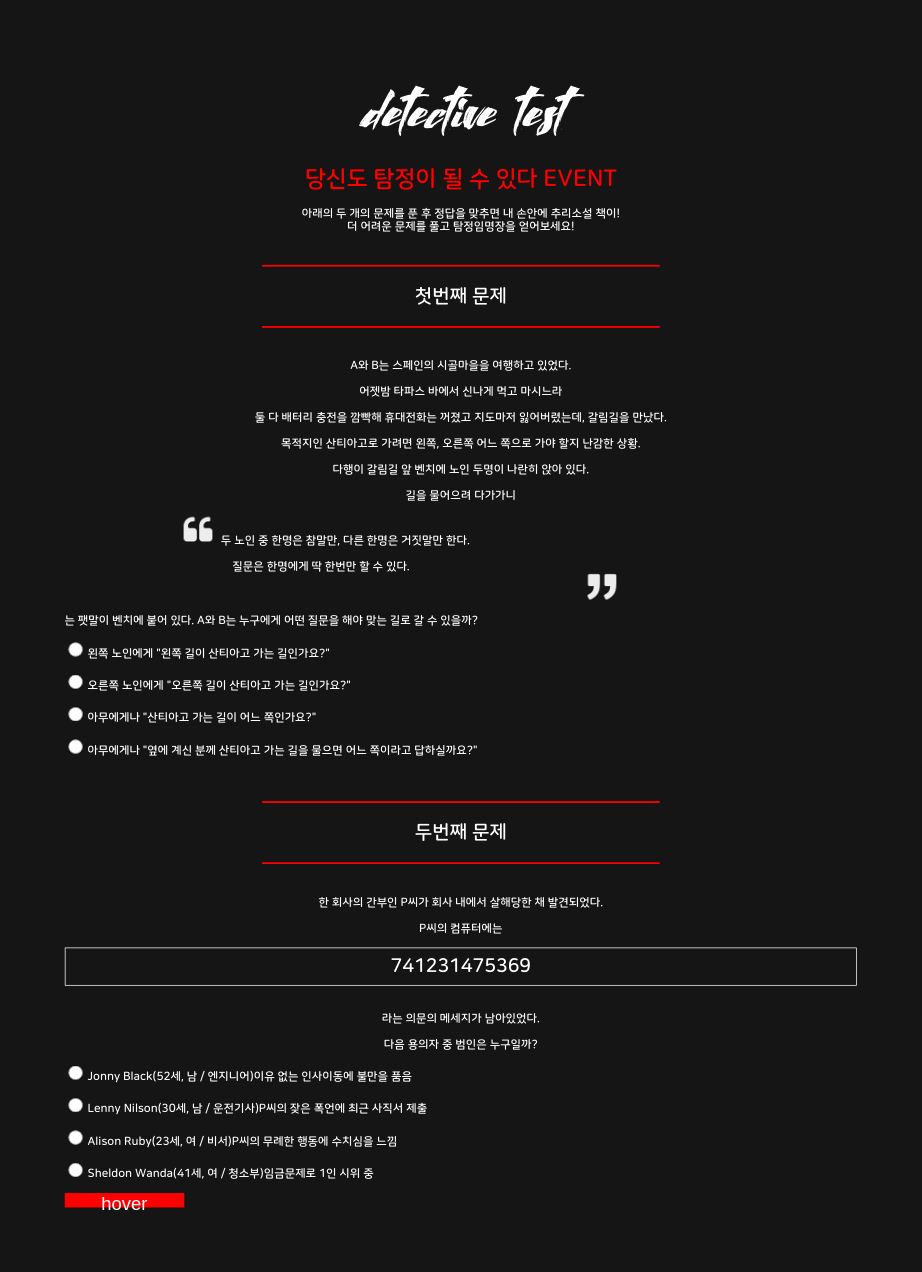
Repository: minkyung0421/Event_Project
Page: http://localhost/Event/quiz.jsp
The author's editor kept a copy of each file at every save. The page is drawn from the files as they stood at one save, then again after the next save.
The browser window is 1280 px wide. The pictures show the whole page, at 72% of full size.
The page is served by Tomcat 9.

Above is the page before, as saved 2018-09-04 07:41:59.

After the next save:
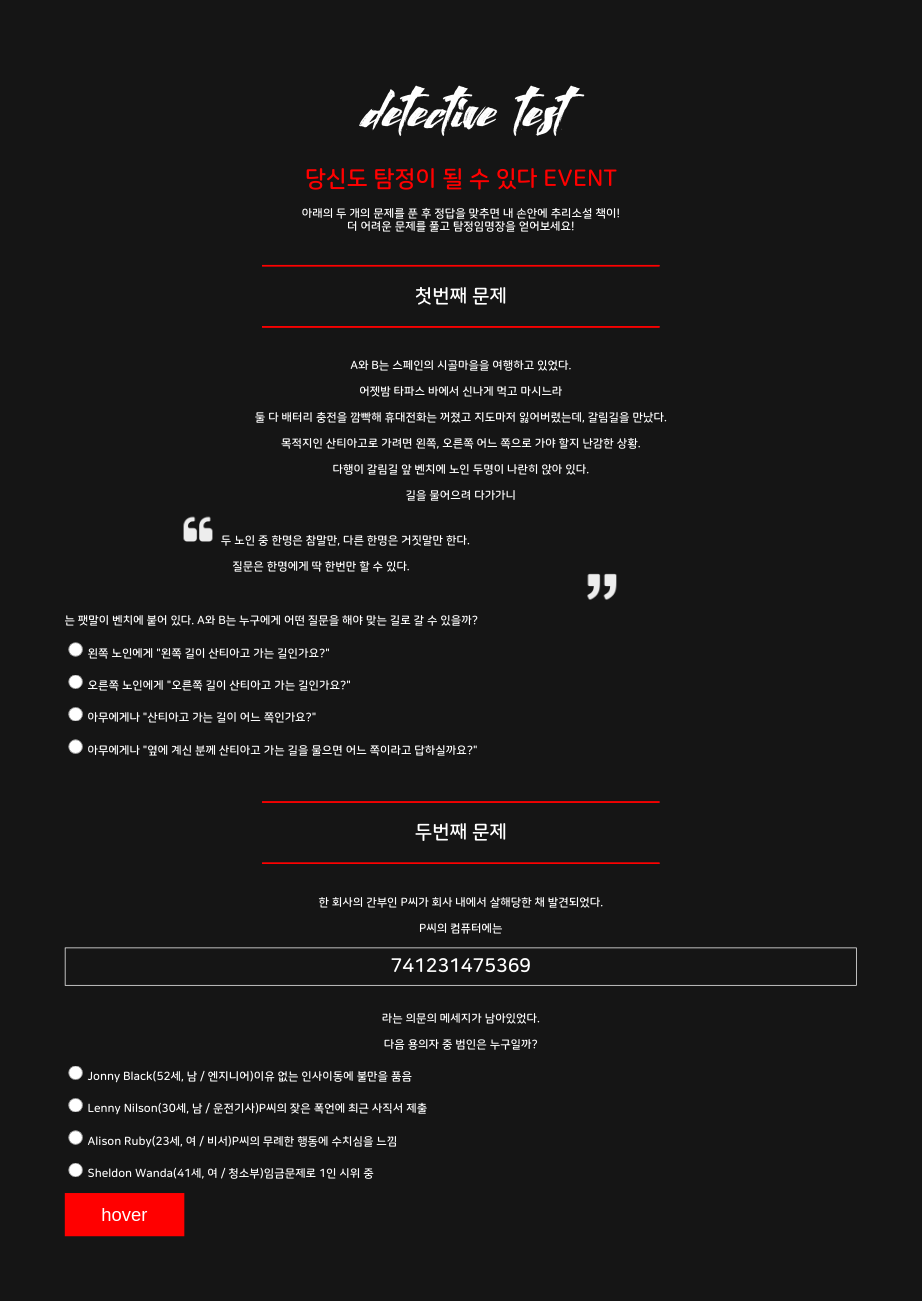
Saved 4 s later.
--- a/Event_Project/Event/WebContent/quiz.jsp
+++ b/Event_Project/Event/WebContent/quiz.jsp
@@ -25,7 +25,7 @@ button{
   color:#fff;
   border:none;
   position:relative;
-  height:20px;
+  height:60px;
   font-size:1.6em;
   padding:0 2em;
   cursor:pointer;
